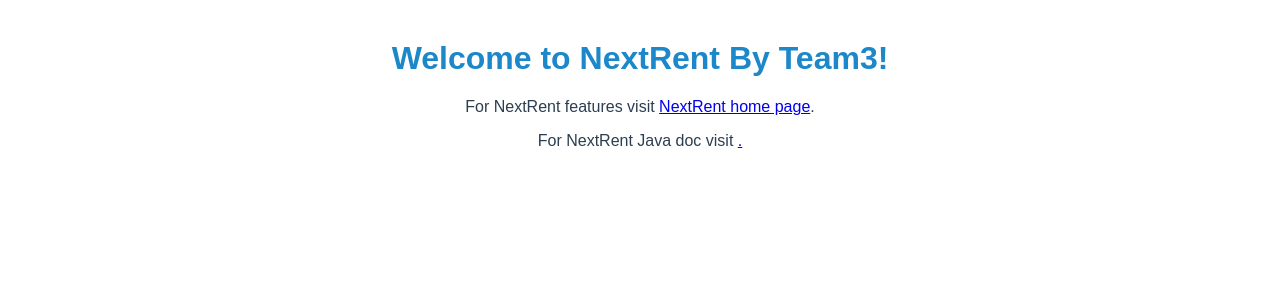
Repository: N2025po0j4ri/Team3NextRentFinal
Page: NextGenRent/src/main/webapp/index.htm
These files come from the project's save history. The page is drawn as it stood at one moment and after the next save; the edit follows.
The browser window is 1280 px wide. The pictures show the whole page.

Above is the page before, as saved 2024-08-06 21:09:47.

### NextGenRent/src/main/webapp/index.htm
<!DOCTYPE html>
<html lang="en">
<head>
    <meta charset="UTF-8">
    <meta name="viewport" content="width=device-width, initial-scale=1.0">
    <title>Welcome to NextRent By Team3</title>
    <style>
        body {
            font-family: Arial, sans-serif;
            margin: 40px;
            text-align: center;
        }
        h1 {
            color: #1c87c9;
        }
        p {
            color: #2c3e50;
        }
    </style>
</head>
<body>
    <h1>Welcome to NextRent By Team3!</h1>
    <p>For NextRent features visit <a href="http://localhost:8082/NextGenRent/NextGenRentServlet" target="_blank">NextRent home page</a>.</p>
	<p>For NextRent Java doc visit <a href = "allpackages-index.html" </a>.</p>
</body>
</html>

After the next save:
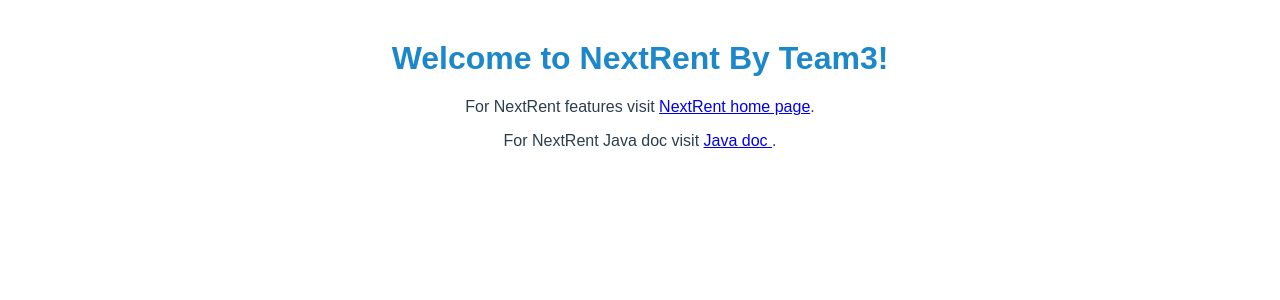
Saved 63 s later.
--- a/NextGenRent/src/main/webapp/index.htm
+++ b/NextGenRent/src/main/webapp/index.htm
@@ -21,6 +21,6 @@
 <body>
     <h1>Welcome to NextRent By Team3!</h1>
     <p>For NextRent features visit <a href="http://localhost:8082/NextGenRent/NextGenRentServlet" target="_blank">NextRent home page</a>.</p>
-	<p>For NextRent Java doc visit <a href = "allpackages-index.html" </a>.</p>
+	<p>For NextRent Java doc visit <a href = "allpackages-index.html"> Java doc </a>.</p>
 </body>
 </html>
